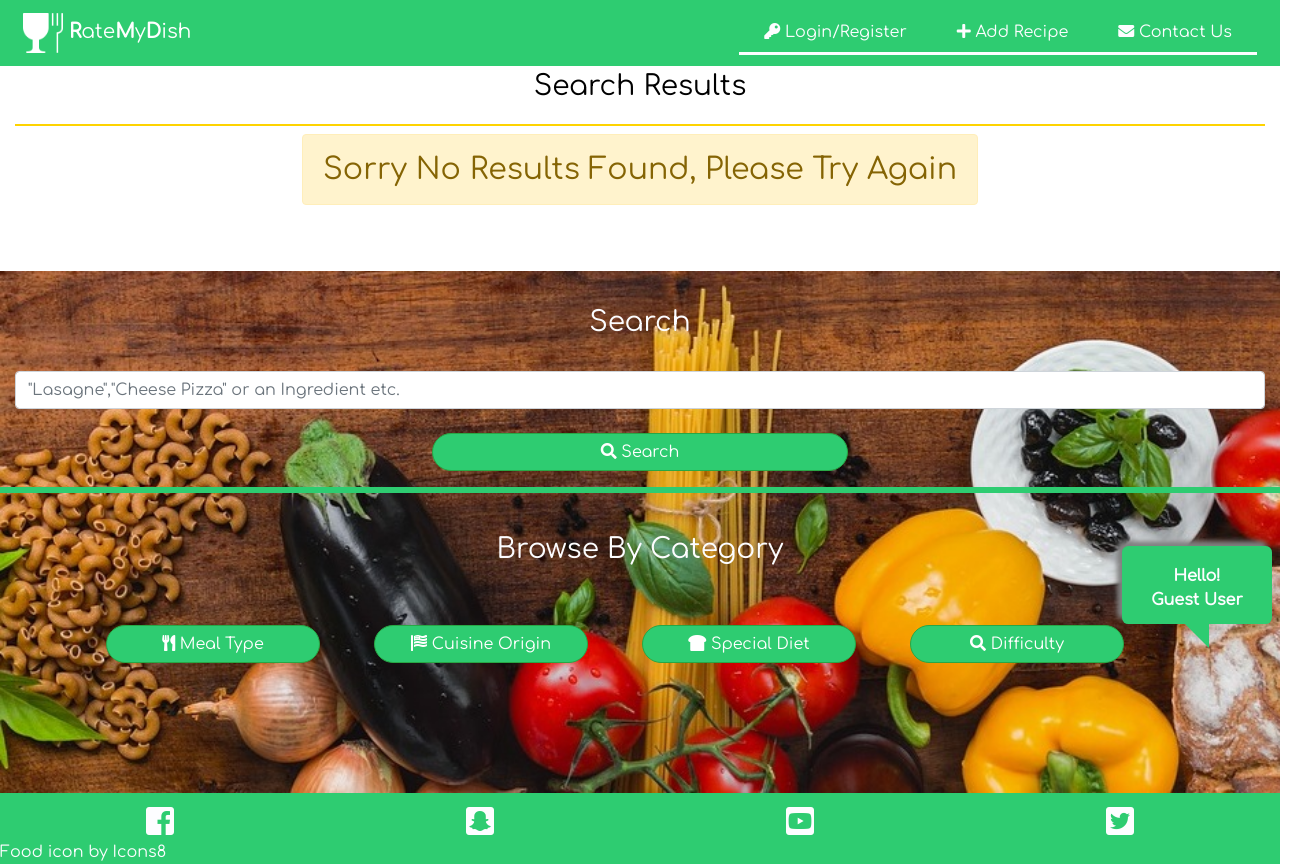
Repository: dbyrne87/ratemydish
Page: templates/search_results.html
The author's editor kept a record of every edit. The page is drawn from the files as they stood at one moment, then again after the next edit.
The browser window is 1280 px wide. The page is 1295 px wide, then 1280 px, then 1295 px, so the pictures cover 1295 px, including what lies to the right of the window. The pictures show the whole page.
Some web fonts or font styles are not loaded; a fallback is used. The template is drawn by Flask 3. The application's start-up code is not run. Other server files are loaded and not shown. The template is opened directly, without the code that normally fills it, so the values that code supplies are empty.

Above is the page before.

### templates/search_results.html
{% extends "base.html" %} {% block content %}

    <div class="container-fluid">
        <h3 class="col-xs-6 mx-auto text-center sub-heading">Search Results</h3>
    </div>
    <div class="container-fluid" id="search-footer">
        <div class="row">
            {% for meal_type in task %}
            <div class="col-lg-4 col-md-6 mb-4">
                <div class="card h-80 text-center text-white bg-gradient-1">
                    <img class="card-img-top" src={{meal_type.image_url}} alt="Card image cap">
                    <h4 class="card-header text-capitalize">{{meal_type.meal_title}}</h4>
                    <div class="card-body">
                        <p class="card-text"><b>Created By:</b> {{meal_type.chef_name}}<br><b>Preparation Time:</b> {{meal_type.prep_time}}<br><b>Cooking Time:</b> {{meal_type.cook_time}}<br><b>Serves:</b> {{meal_type.servings}}</p>
                    </div>
                    <form method="POST" action="{{ url_for('view_recipe', search=meal_type._id) }}">
                        <button type="submit" class="btn btn-outline-success card-footer" name="get_recipe" value="{{meal_type._id}}"><i class="fas fa-arrow-right"></i> Go To Recipe</button>
                    </form>
                </div>
            </div>
            {% else %}
            <div class="alert alert-warning mx-auto" role="alert">
                Sorry No Results Found, Please Try Again
            </div>
            <div class="container-fluid">
                <div class="jumbotron-fluid">
                    <h3 class="search-text">Search</h3>
                    <br>
                    <div class="form-group col-12">
                        <form method="POST" action="{{ url_for('search') }}">
                            <input type="text" class="form-control" id="search" name="search" placeholder='"Lasagne","Cheese Pizza" or an Ingredient etc.'>
                            <br>
                            <button type="submit" class="btn btn-outline-success col-lg-4"><i class="fas fa-search"></i> Search</button>
                        </form>
                    </div>
                    <hr>
                    <br>
                    <form>
                        <h3>Browse By Category</h3>
                        <button type="button" class="btn btn-outline-success col-sm-6 col-lg-2 category-buttons" data-toggle="modal" data-target="#meal-type-category"><i class="fas fa-utensils"></i> Meal Type</button>
                        <button type="button" class="btn btn-outline-success col-sm-6 col-lg-2 category-buttons" data-toggle="modal" data-target="#cuisine-type-category"><i class="fas fa-flag-usa"></i> Cuisine Origin</button>
                        <button type="button" class="btn btn-outline-success col-sm-6 col-lg-2 category-buttons" data-toggle="modal" data-target="#special-diet-type-category"><i class="fas fa-bread-slice"></i> Special Diet</button>
                        <button type="button" class="btn btn-outline-success col-sm-6 col-lg-2 category-buttons" data-toggle="modal" data-target="#difficulty-type-category"><i class="fas fa-search"></i> Difficulty</button>

                    </form>
                    <!-- Modal -->
                    <div class="modal fade" id="meal-type-category" tabindex="-1" role="dialog" aria-labelledby="meal-type-category" aria-hidden="true">
                        <div class="modal-dialog modal-dialog-centered" role="document">
                            <div class="modal-content">
                                <div class="modal-header">
                                    <h5 class="modal-title" id="exampleModalLongTitle">Meal Type</h5>
                                    <button type="button" class="close" data-dismiss="modal" aria-label="Close">
                                      <span aria-hidden="true">&times;</span>
                                    </button>
                                </div>
                                <div class="modal-body">
                                    <form method="POST" action="{{ url_for('category_results') }}">
                                        {% for meal_type in meal_type_category[0:3] %}
                                        <div class="selection-items">
                                            <button type="submit" class="btn btn-outline-success selection-button col-sm-12" name="type_category_button" value="{{meal_type[0:20]}}">{{meal_type[0:20]}}</button>
                                        </div>
                                        {%endfor%}
                                    </form>
                                </div>
                            </div>
                        </div>
                    </div>
                    <!-- Modal -->
                    <div class="modal fade" id="cuisine-type-category" tabindex="-1" role="dialog" aria-labelledby="cuisine-type-category" aria-hidden="true">
                        <div class="modal-dialog modal-dialog-centered" role="document">
                            <div class="modal-content">
                                <div class="modal-header">
                                    <h5 class="modal-title" id="exampleModalLongTitle">Cuisine Type</h5>
                                    <button type="button" class="close" data-dismiss="modal" aria-label="Close">
                                    <span aria-hidden="true">&times;</span>
                                    </button>
                                </div>
                                <div class="modal-body">
                                    <form method="POST" action="{{ url_for('category_results') }}">
                                        {% for cuisine_type in cuisine_type_category[0:3] %}
                                        <div class="selection-items">
                                            <button type="submit" class="btn btn-outline-success selection-button col-sm-12" name="type_category_button" value="{{cuisine_type[0:20]}}">{{cuisine_type[0:20]}}</button>
                                        </div>
                                        {%endfor%}
                                    </form>
                                </div>
                            </div>
                        </div>
                    </div>
                    <!-- Modal -->
                    <div class="modal fade" id="special-diet-type-category" tabindex="-1" role="dialog" aria-labelledby="special-diet-type-category" aria-hidden="true">
                        <div class="modal-dialog modal-dialog-centered" role="document">
                            <div class="modal-content">
                                <div class="modal-header">
                                    <h5 class="modal-title" id="exampleModalLongTitle">Special Diet</h5>
                                    <button type="button" class="close" data-dismiss="modal" aria-label="Close">
                                    <span aria-hidden="true">&times;</span>
                                    </button>
                                </div>
                                <div class="modal-body">
                                    <form method="POST" action="{{ url_for('category_results') }}">
                                        {% for special_diet in special_diet_type_category[0:3] %}
                                        <div class="selection-items">
                                            <button type="submit" class="btn btn-outline-success selection-button col-sm-12" name="type_category_button" value="{{special_diet[0:20]}}">{{special_diet[0:20]}}</button>
                                        </div>
                                        {%endfor%}
                                    </form>
                                </div>
                            </div>
                        </div>
                    </div>
                    <!-- Modal -->
                    <div class="modal fade" id="difficulty-type-category" tabindex="-1" role="dialog" aria-labelledby="difficulty-type-category" aria-hidden="true">
                        <div class="modal-dialog modal-dialog-centered" role="document">
                            <div class="modal-content">
                                <div class="modal-header">
                                    <h5 class="modal-title" id="exampleModalLongTitle">Difficulty</h5>
                                    <button type="button" class="close" data-dismiss="modal" aria-label="Close">
                                    <span aria-hidden="true">&times;</span>
                                    </button>
                                </div>
                                <div class="modal-body">
                                    <form method="POST" action="{{ url_for('category_results') }}">
                                        <div class="selection-items">
                                            <button type="submit" class="btn btn-outline-success selection-button col-sm-12" name="type_category_button" value="Easy">Easy</button>
                                        </div>
                                        <div class="selection-items">
                                            <button type="submit" class="btn btn-outline-success selection-button col-sm-12" name="type_category_button" value="Medium">Medium</button>
                                        </div>
                                        <div class="selection-items">
                                            <button type="submit" class="btn btn-outline-success selection-button col-sm-12" name="type_category_button" value="Hard">Hard</button>
                                        </div>
                                    </form>
                                </div>
                            </div>
                        </div>
                    </div>
                </div>
            </div>
        </div>
        {% endfor %}
    </div>
{% endblock %}

### templates/base.html
<!DOCTYPE html>
<html lang="en">

<head>

  <meta charset="utf-8">
  <meta name="viewport" content="width=device-width, initial-scale=1, shrink-to-fit=no">
  <meta name="description" content="Online Cookbook to Add and View Recipes For People To Like or Dislike">
  <meta name="author" content="Declan Byrne">

  <title>RateMyDish</title>
  <link rel="icon" href="https://img.icons8.com/small/16/000000/food.png">

  <link rel="stylesheet" href="https://stackpath.bootstrapcdn.com/bootstrap/4.3.1/css/bootstrap.min.css" integrity="sha384-ggOyR0iXCbMQv3Xipma34MD+dH/1fQ784/j6cY/iJTQUOhcWr7x9JvoRxT2MZw1T" crossorigin="anonymous">
  <link rel="stylesheet" href="https://use.fontawesome.com/releases/v5.7.2/css/all.css" integrity="sha384-fnmOCqbTlWIlj8LyTjo7mOUStjsKC4pOpQbqyi7RrhN7udi9RwhKkMHpvLbHG9Sr" crossorigin="anonymous">
  <link href="https://fonts.googleapis.com/css?family=Comfortaa|Sniglet" rel="stylesheet">
  <link href="/static/css/style.css" rel="stylesheet">

</head>


    <header class="container-fluid">
        <nav class="navbar container-fluid navbar-light navbar-expand-md navbar-dark bg-gradient-1 fixed-top">
            <div class="container-fluid dropdown-padding">
                <a class="navbar-brand" href="/"><img id="logo" src="/static/media/icons8-food-100.png" alt="RateMyDish Logo"> <b>R</b>ate<b>M</b>y<b>D</b>ish</a>
                <button class="navbar-toggler mr-auto" type="button" data-toggle="collapse" data-target="#navbar-content" aria-controls="navbar-content" aria-expanded="false" aria-label="Toggle navigation">
                    <span class="navbar-toggler-icon"></span>
                </button>

                <div class="collapse navbar-collapse" id="navbar-content">
                    <ul class="navbar-nav ml-auto">
                        {% if username is not none %}
                        <li class="nav-item">
                            <a class="nav-link active" href="/"><i class="fas fa-key"></i> Login/Register</a>
                        </li>
                        {% else %}
                        <li class="nav-item">
                            <a class="nav-link" href="{{ url_for('logout') }}"><i class="fas fa-sign-out-alt"></i> Log Out</a>
                        </li>
                        {% endif %}
                        </li>
                        <li class="nav-item">
                            <a class="nav-link" href="{{ url_for('add_recipe') }}"><i class="fas fa-plus"></i> Add Recipe</a>
                        </li>
                        <li class="nav-item">
                            <a class="nav-link" href="{{ url_for('contact_us') }}"><i class="fas fa-envelope"></i> Contact Us</a>
                        </li>
                    </ul>
                </div>
            </div>
        </nav>
        <div class="speech-bubble d-none d-md-block">
            <div>
                {% if username is none %}
                    <p class="text-center font-weight-bold username">Hello! <br>{{session['username']}}</p>
                {% else %}
                    <p class="text-center font-weight-bold username">Hello! <br> Guest User</p>
                {% endif %}
            </div>
        </div>
    </header>

    {% block content %} {% endblock %} <!-- Content from other html content will be inserted here -->

    <footer class="row" id="footer-background">
        <div class="col-sm-6 col-md-3 col-lg-3">
            <a class="social-icon d-none d-md-block" href="https://www.facebook.com/" target="_blank"><i class="fab fa-facebook-square fa-2x"></i></a>
        </div>
        <div class="col-sm-6 col-md-3 col-lg-3">
            <a class="social-icon d-none d-md-block" href="https://www.snapchat.com/l/en-gb/" target="_blank"><i class="fab fa-snapchat-square fa-2x"></i></a>
        </div>
        <div class="col-sm-6 col-md-3 col-lg-3">
            <a class="social-icon d-none d-md-block" href="https://www.youtube.com/" target="_blank"><i class="fab fa-youtube-square fa-2x"></i></a>
        </div>
        <div class="col-sm-6 col-md-3 col-lg-3">
            <a class="social-icon d-none d-md-block" href="https://twitter.com/?lang=en" target="_blank"><i class="fab fa-twitter-square fa-2x"></i></a>
        </div>
          <a href="https://icons8.com/icon/2470/food" target="_blank">Food icon by Icons8</a>
    </footer>

      <script src="https://code.jquery.com/jquery-3.4.1.min.js" integrity="sha256-CSXorXvZcTkaix6Yvo6HppcZGetbYMGWSFlBw8HfCJo=" crossorigin="anonymous"></script>
      <script src="https://cdnjs.cloudflare.com/ajax/libs/popper.js/1.14.7/umd/popper.min.js" integrity="sha384-UO2eT0CpHqdSJQ6hJty5KVphtPhzWj9WO1clHTMGa3JDZwrnQq4sF86dIHNDz0W1" crossorigin="anonymous"></script>
      <script src="https://stackpath.bootstrapcdn.com/bootstrap/4.3.1/js/bootstrap.min.js" integrity="sha384-JjSmVgyd0p3pXB1rRibZUAYoIIy6OrQ6VrjIEaFf/nJGzIxFDsf4x0xIM+B07jRM" crossorigin="anonymous"></script>

    </body>

</html>

Loaded but not shown: static/css/style.css (478 lines, source omitted)

After the next edit:
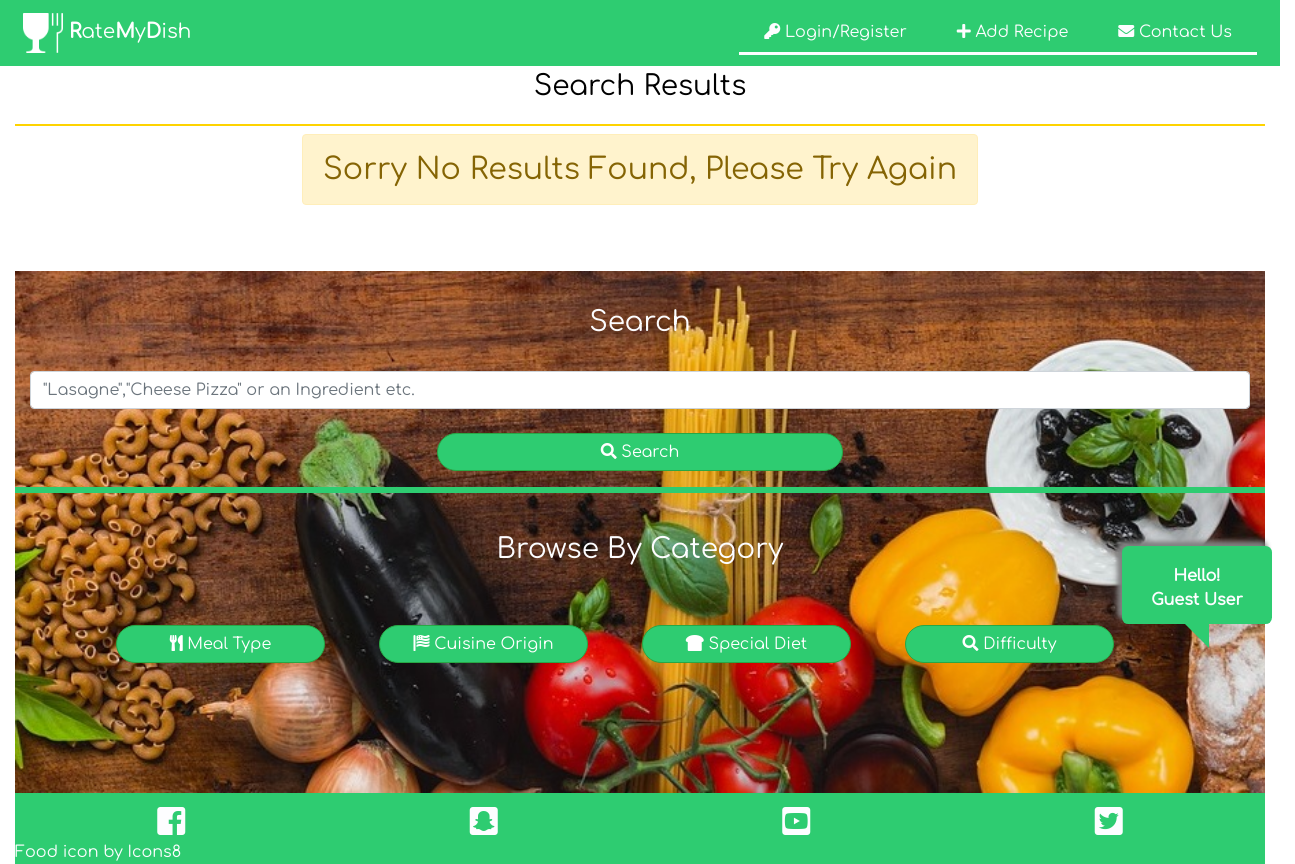
The edit:
--- a/templates/search_results.html
+++ b/templates/search_results.html
@@ -1,6 +1,6 @@
 {% extends "base.html" %} {% block content %}
 
-    <div class="container-fluid">
+    <section class="container-fluid">
         <h3 class="col-xs-6 mx-auto text-center sub-heading">Search Results</h3>
     </div>
     <div class="container-fluid" id="search-footer">

After the edit that followed:
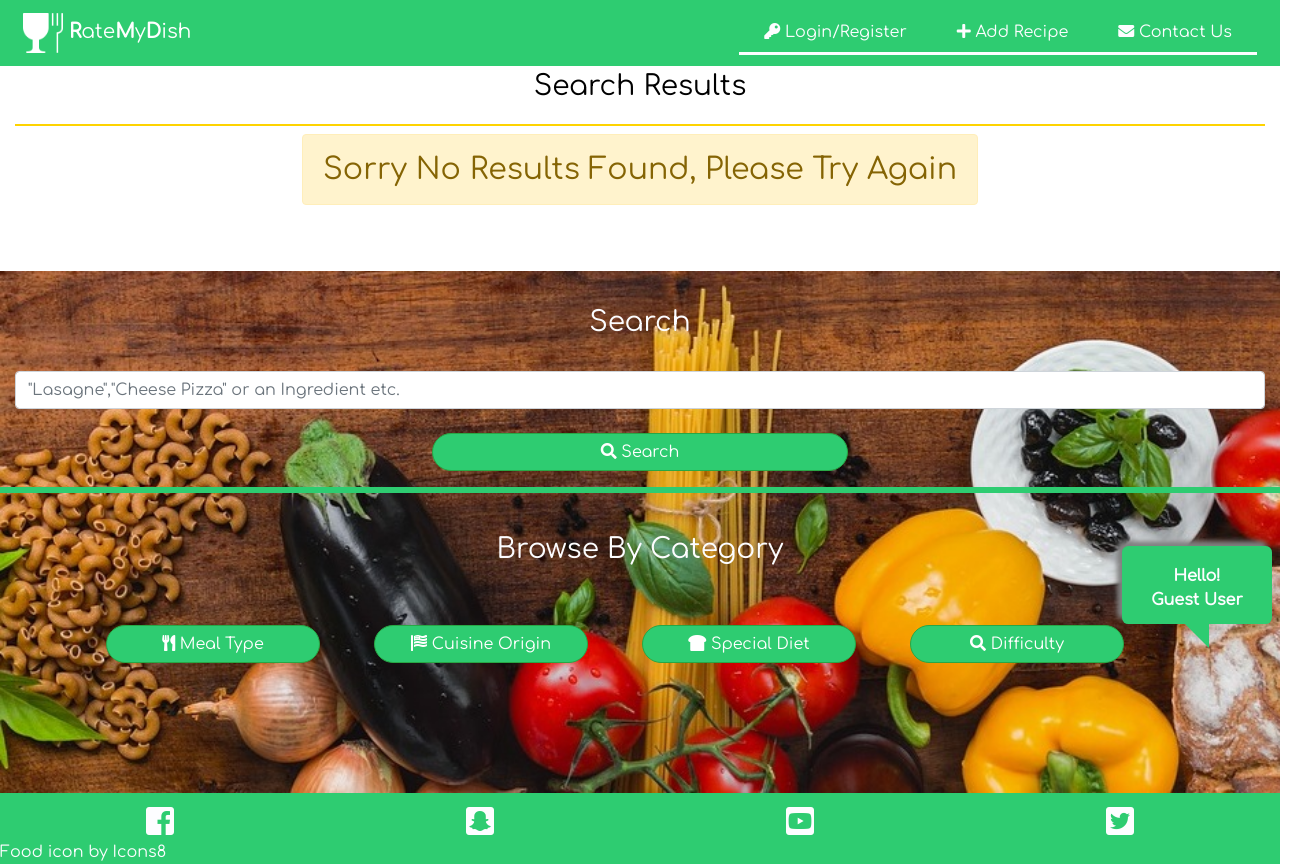
The edit:
--- a/templates/search_results.html
+++ b/templates/search_results.html
@@ -2,7 +2,7 @@
 
     <section class="container-fluid">
         <h3 class="col-xs-6 mx-auto text-center sub-heading">Search Results</h3>
-    </div>
+    </section>
     <div class="container-fluid" id="search-footer">
         <div class="row">
             {% for meal_type in task %}
